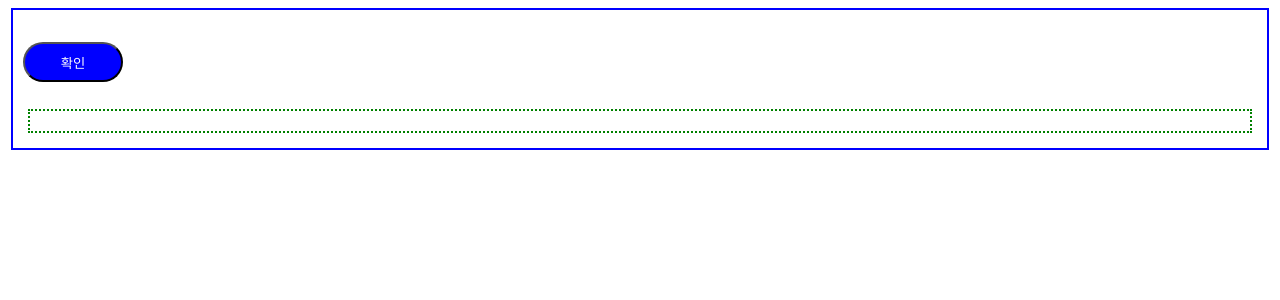
Repository: patternlobe-stack/MY_repository
Page: webpro/src/main/webapp/0915/속성선택.html
An editor plug-in stored every save of this project. The page is shown before and after the next save, followed by the edit.
The browser window is 1280 px wide. The pictures show the whole page.

Above is the page before, as saved 2025-09-15 05:54:02.

### webpro/src/main/webapp/0915/속성선택.html
<!DOCTYPE html>
<html>
<head>
<meta charset="UTF-8">
<title>Insert title here</title>
<link rel="stylesheet"  href="../css/public.css">

<script>
</script>

</head>
<body>


<div class="box">
      <h3>
      </h3>
      <input type="button" value="확인" onclick="proc1()" />
      <br /><br />

      <div id="result1"></div>
</div>
</body>
</html>

### webpro/src/main/webapp/css/public.css
@charset "UTF-8";

pre {
  border: 5px inset red;
  margin: 20px;
  padding: 10px;
  font-size: 1.3rem;
}
div {
  border: 2px dotted green;
  padding: 10px;
  margin: 5px;
  font-size: 1.2rem;
}

.box {
  border: 2px solid blue;
  margin: 3px;
  padding: 10px;
}
.box input[type="button"],
.box input[type="submit"] {
  background: blue;
  color: white;
  width: 100px;
  height: 40px;
  border-radius: 50px;
}

After the next save:
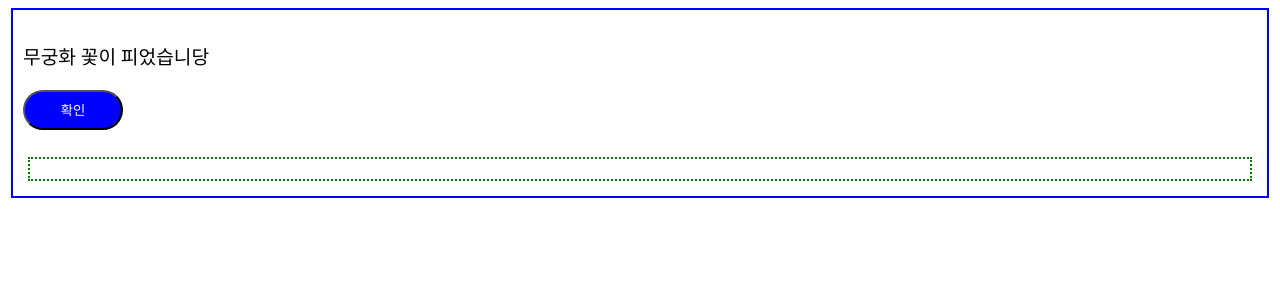
Saved 52 s later.
--- a/webpro/src/main/webapp/0915/속성선택.html
+++ b/webpro/src/main/webapp/0915/속성선택.html
@@ -15,6 +15,7 @@
 <div class="box">
       <h3>
       </h3>
+      <p>무궁화 꽃이 피었습니당</p>
       <input type="button" value="확인" onclick="proc1()" />
       <br /><br />
 
